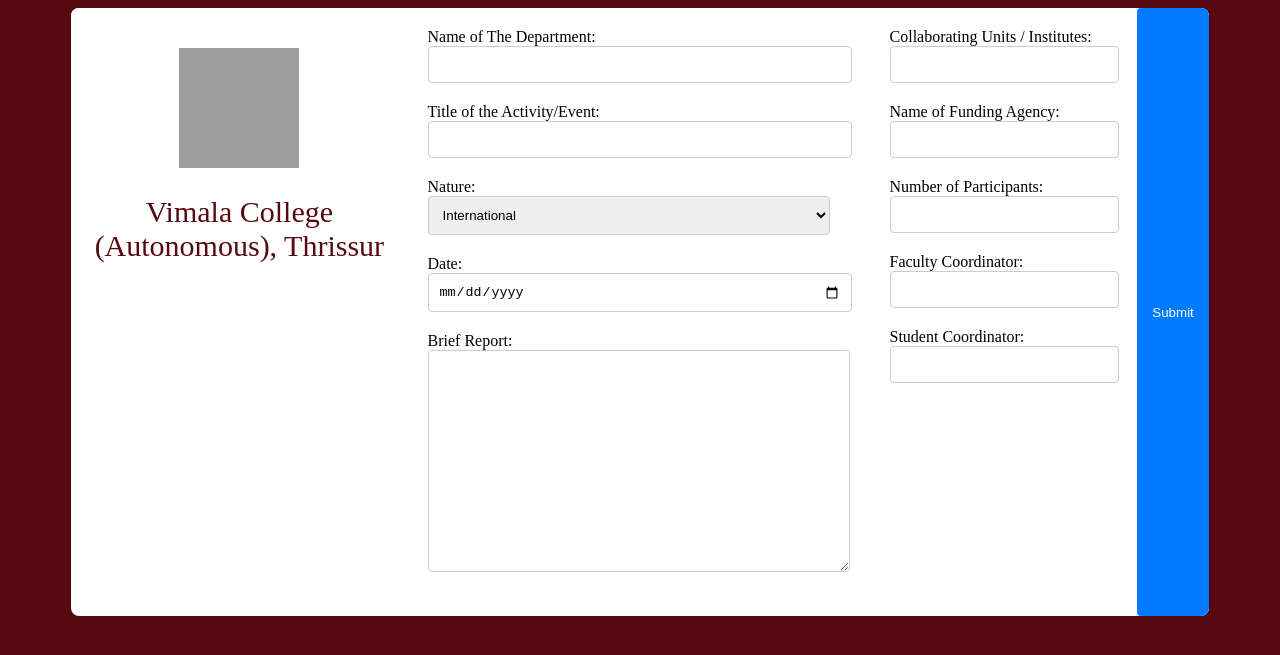
Repository: Rammjay/vimala-activity-report
Page: http://localhost/
These files come from the project's save history. The page is drawn as it stood at one moment and after the next save; the edit follows.
The browser window is 1280 px wide. The pictures show the whole page.
Pictures or frames that could not be fetched are drawn as grey boxes. The page is served by the project's application, run on Django 5.2 (report/manage.py).

Above is the page before, as saved 2024-09-22 14:24:08.

After the next save:
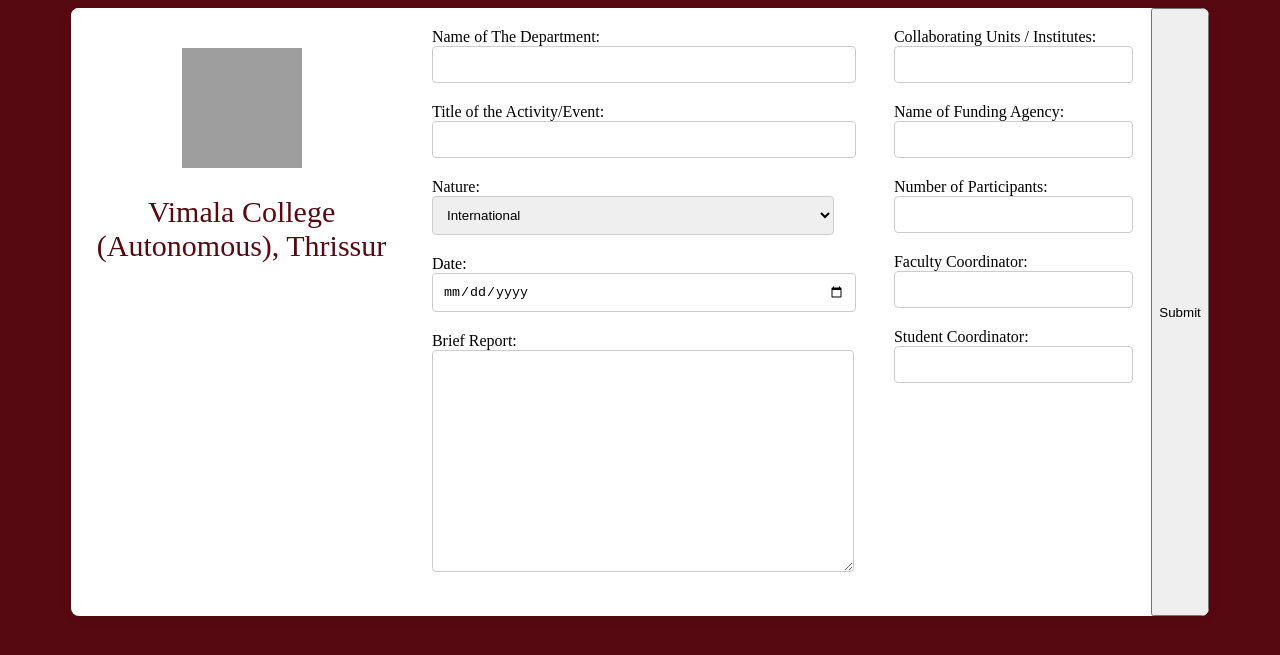
Saved 115 s later.
--- a/vim/report/reports/templates/1.html
+++ b/vim/report/reports/templates/1.html
@@ -67,11 +67,7 @@
             border-radius: 4px;
         }
         button {
-            padding: 10px 15px;
-            background-color: #007bff;
-            color: white;
-            border: none;
-            border-radius: 4px;
+
             cursor: pointer;
         }
         button:hover {

After the save that followed:
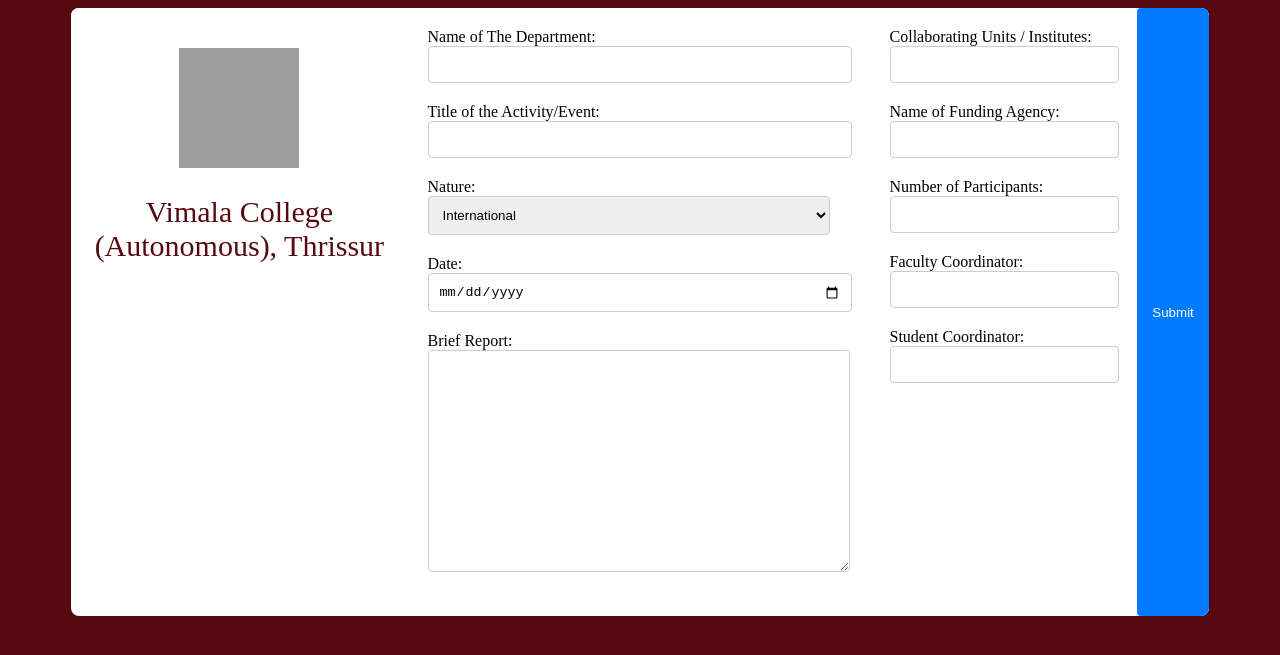
Saved 8 s later.
--- a/vim/report/reports/templates/1.html
+++ b/vim/report/reports/templates/1.html
@@ -67,7 +67,11 @@
             border-radius: 4px;
         }
         button {
-
+            padding: 10px 15px;
+            background-color: #007bff;
+            color: white;
+            border: none;
+            border-radius: 4px;
             cursor: pointer;
         }
         button:hover {
